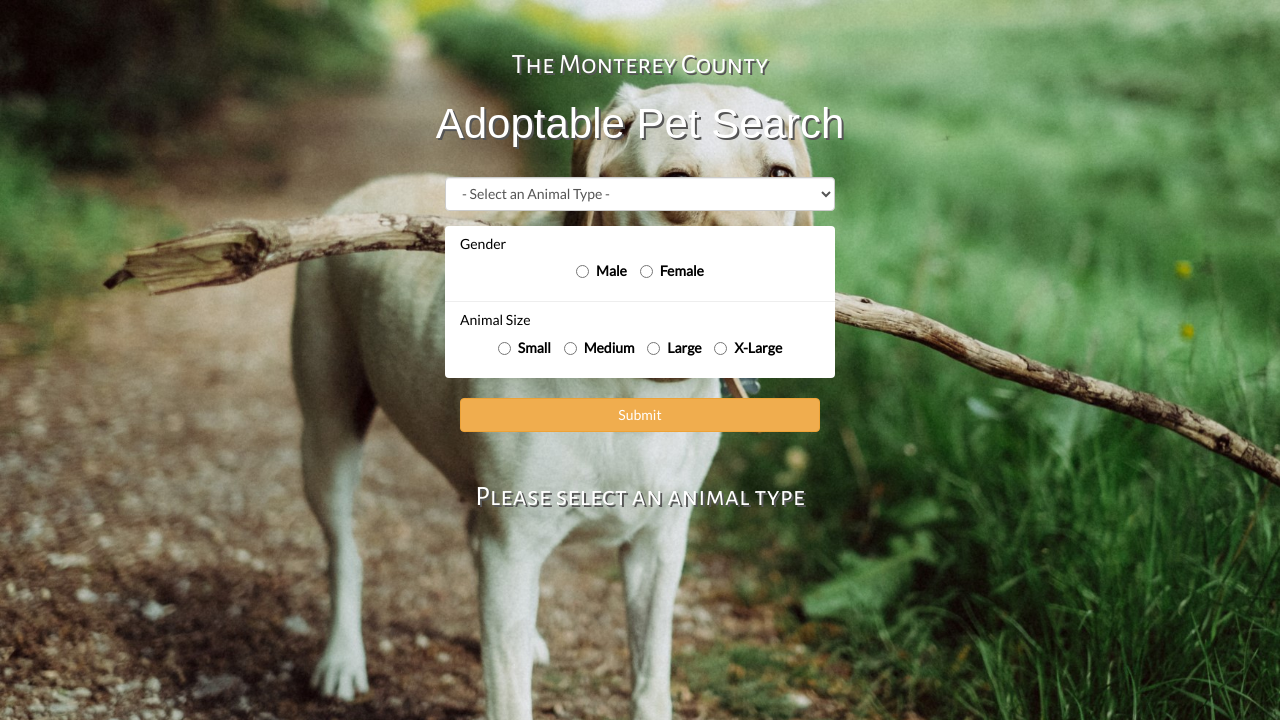
Repository: maliking/making
Page: http://localhost/hw/hw3/index.php
The author's editor kept a record of every edit. The page is drawn from the files as they stood at one moment, then again after the next edit.
The browser window is 1280 px wide. The pictures show the whole page.
Some web fonts or font styles are not loaded; a fallback is used. Some web libraries are served in a nearby version. The page is run by PHP 8.4 with error messages shown; the project is at /var/www/html/.

Above is the page before.

After the next edit:
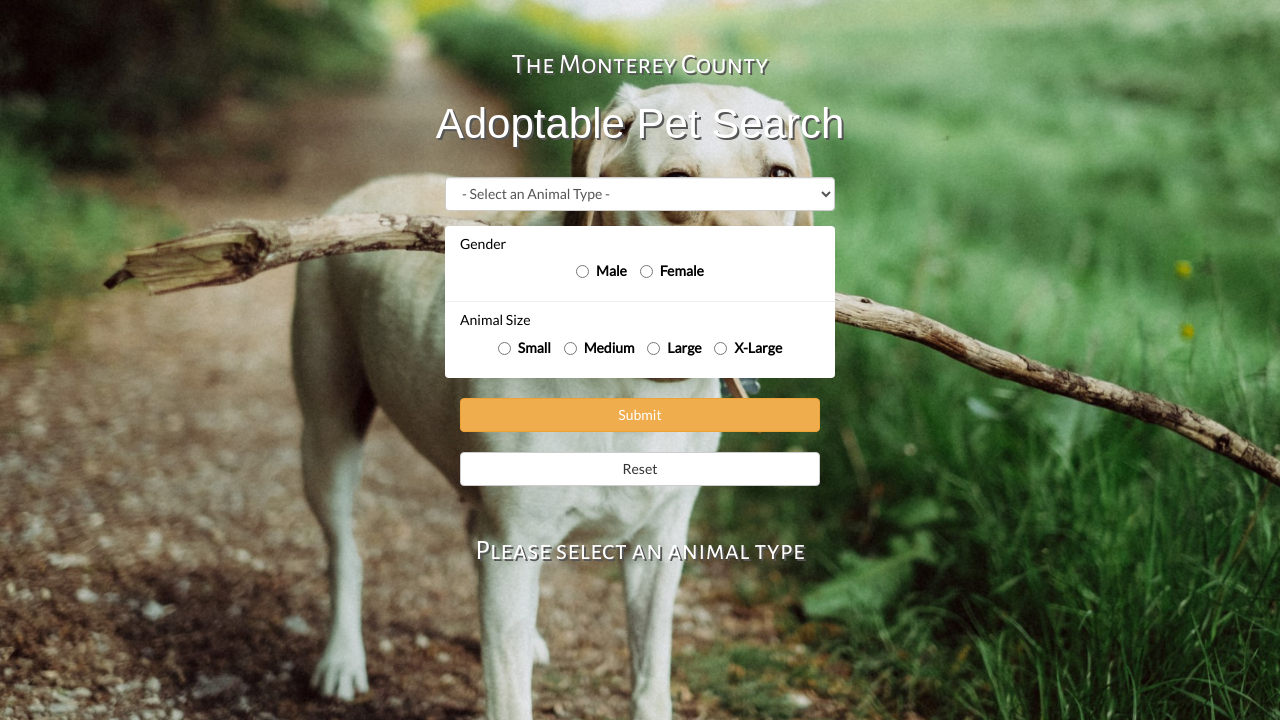
The edit:
--- a/hw/hw3/index.php
+++ b/hw/hw3/index.php
@@ -74,6 +74,9 @@
                 <div class="row">
                     <div class="col-xs-12 col-lg-4 col-lg-offset-4">
                         <input type="submit" class="btn btn-warning btn-block" value="Submit">
+                    </div>
+                    <div class="col-xs-12 col-lg-4 col-lg-offset-4">
+                        <input type="reset" class="btn btn-default btn-block" value="Reset">
                     </div>
                 </div>
                  </form>
